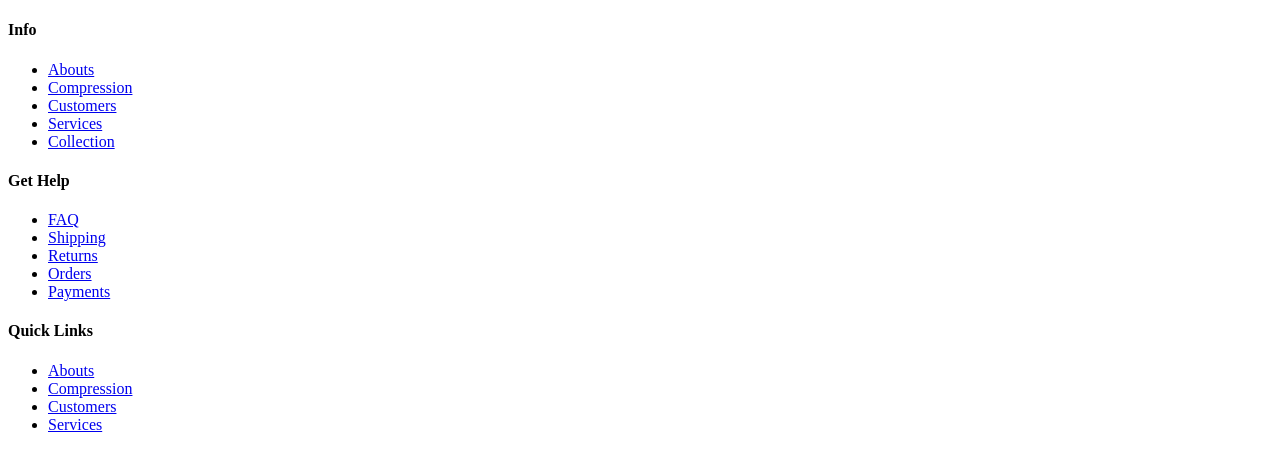
Repository: syni18/responsive_footer
Page: index.html
These files come from the project's save history. The page is drawn as it stood at one moment and after the next save; the edit follows.
The browser window is 1280 px wide. The pictures show the whole page.

Above is the page before, as saved 2023-11-03 17:02:41.

### index.html
<!DOCTYPE html>
<html lang="en">
<head>
    <meta charset="UTF-8">
    <meta name="viewport" content="width=device-width, initial-scale=1.0">
    <title>Responsive footer</title>
</head>
<body>
    <section class="footer">
        <div class="footer-row">
            <div class="footer-col">
                <h4>Info</h4>
                <ul class="links">
                    <li><a href="#">Abouts</a></li>
                    <li><a href="#">Compression</a></li>
                    <li><a href="#">Customers</a></li>
                    <li><a href="#">Services</a></li>
                    <li><a href="#">Collection</a></li>
                </ul>
            </div>

            <div class="footer-col">
                <h4>Get Help</h4>
                <ul class="links">
                    <li><a href="#">FAQ</a></li>
                    <li><a href="#">Shipping</a></li>
                    <li><a href="#">Returns</a></li>
                    <li><a href="#">Orders</a></li>
                    <li><a href="#">Payments</a></li>
                </ul>
            </div>

            <div class="footer-col">
                <h4>Quick Links</h4>
                <ul class="links">
                    <li><a href="#">Abouts</a></li>
                    <li><a href="#">Compression</a></li>
                    <li><a href="#">Customers</a></li>
                    <li><a href="#">Services</a></li>
                </ul>
            </div>
        </div>
    </section>
</body>
</html>

After the next save:
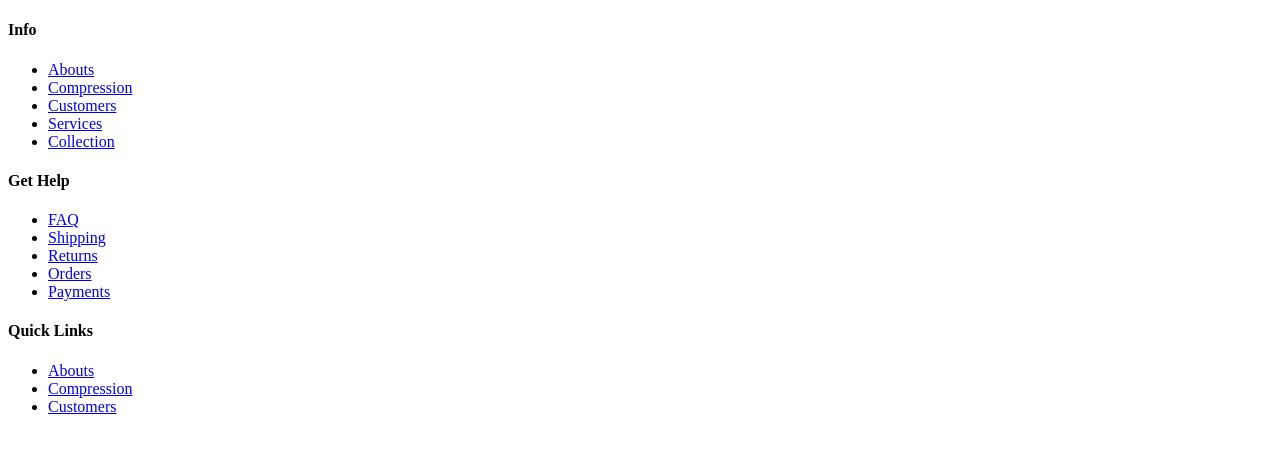
Saved 9 s later.
--- a/index.html
+++ b/index.html
@@ -36,7 +36,6 @@
                     <li><a href="#">Abouts</a></li>
                     <li><a href="#">Compression</a></li>
                     <li><a href="#">Customers</a></li>
-                    <li><a href="#">Services</a></li>
                 </ul>
             </div>
         </div>
